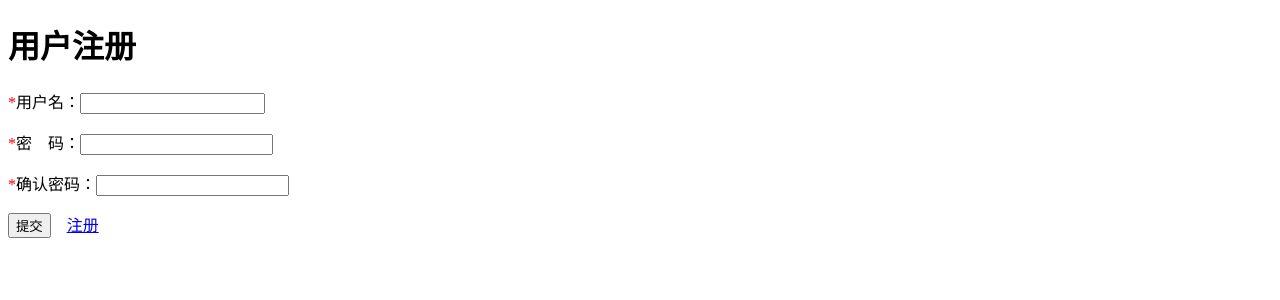
Repository: Nicoleqwerty/2018-
Page: web/hw3/WebContent/register.html
An editor plug-in stored every save of this project. The page is shown before and after the next save, followed by the edit.
The browser window is 1280 px wide. The pictures show the whole page.

Above is the page before, as saved 2018-07-03 11:41:59.

After the next save:
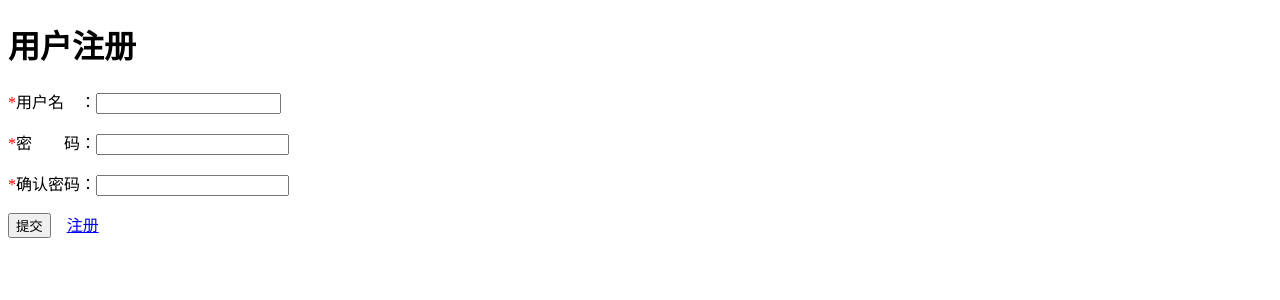
Saved 23 s later.
--- a/web/hw3/WebContent/register.html
+++ b/web/hw3/WebContent/register.html
@@ -8,10 +8,10 @@
 	<h1>用户注册</h1>
 	<form action="RegisterServlet" method="post">
 		<p align="left">
-			 <span style="color:red">*</span>用户名：<input name="uname" type="text" size=20>
+			 <span style="color:red">*</span>用户名&nbsp;&nbsp;&nbsp;&nbsp;：<input name="uname" type="text" size=20>
 		</p>
 		<p align="left">
-			 <span style="color:red">*</span>密&nbsp;&nbsp;&nbsp;&nbsp;码：<input name="mm" type="password" size=21>
+			 <span style="color:red">*</span>密&nbsp;&nbsp;&nbsp;&nbsp;&nbsp;&nbsp;&nbsp;&nbsp;码：<input name="mm" type="password" size=21>
 		</p>
 		<p align="left">
 			 <span style="color:red">*</span>确认密码：<input name="mm" type="password" size=21>
